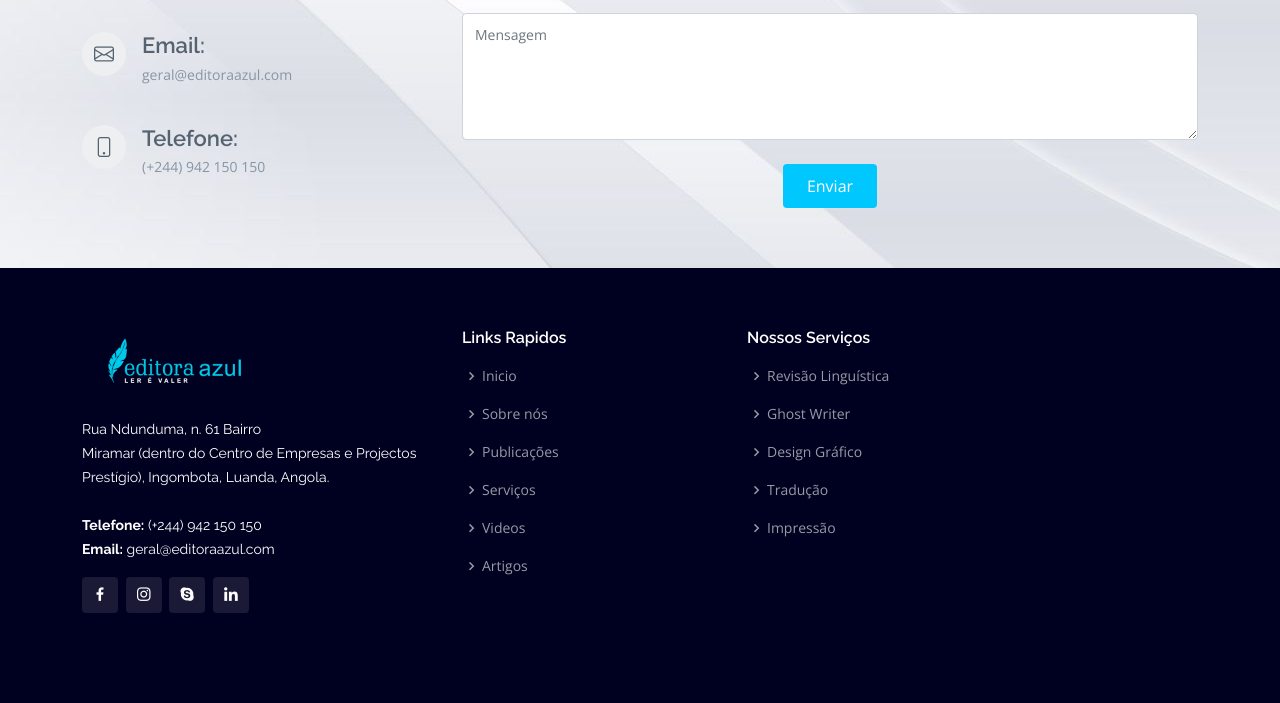
Repository: caioteca/editoraazul
Page: fale-conosco.html
The author's editor kept a copy of each file at every save. The page is drawn from the files as they stood at one save, then again after the next save.
The browser window is 1280 px wide. The pictures show the part of the page from y = 597 to 1549 px (the page is 1300 px tall before and 1549 px after).

Above is the page before, as saved 2022-11-25 11:40:39.

After the next save:
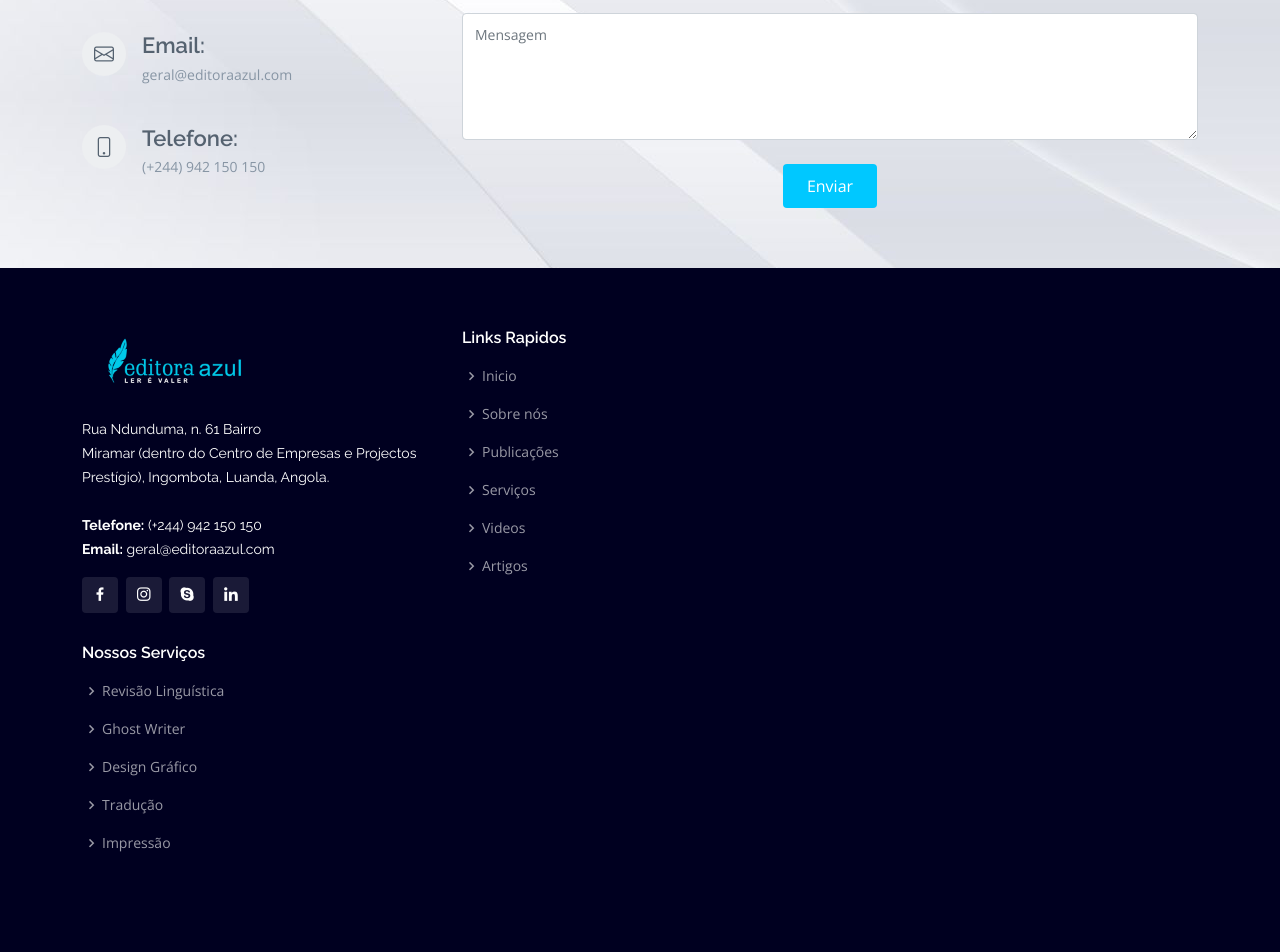
Saved 6 s later.
--- a/fale-conosco.html
+++ b/fale-conosco.html
@@ -224,7 +224,7 @@
               </ul>
             </div>
 
-            <div class="col-lg-4 col-md-6 footer-links">
+            <div class="col-lg-6 col-md-6 footer-links">
               <h4>Nossos Serviços</h4>
               <ul>
                 <li>

After the save that followed:
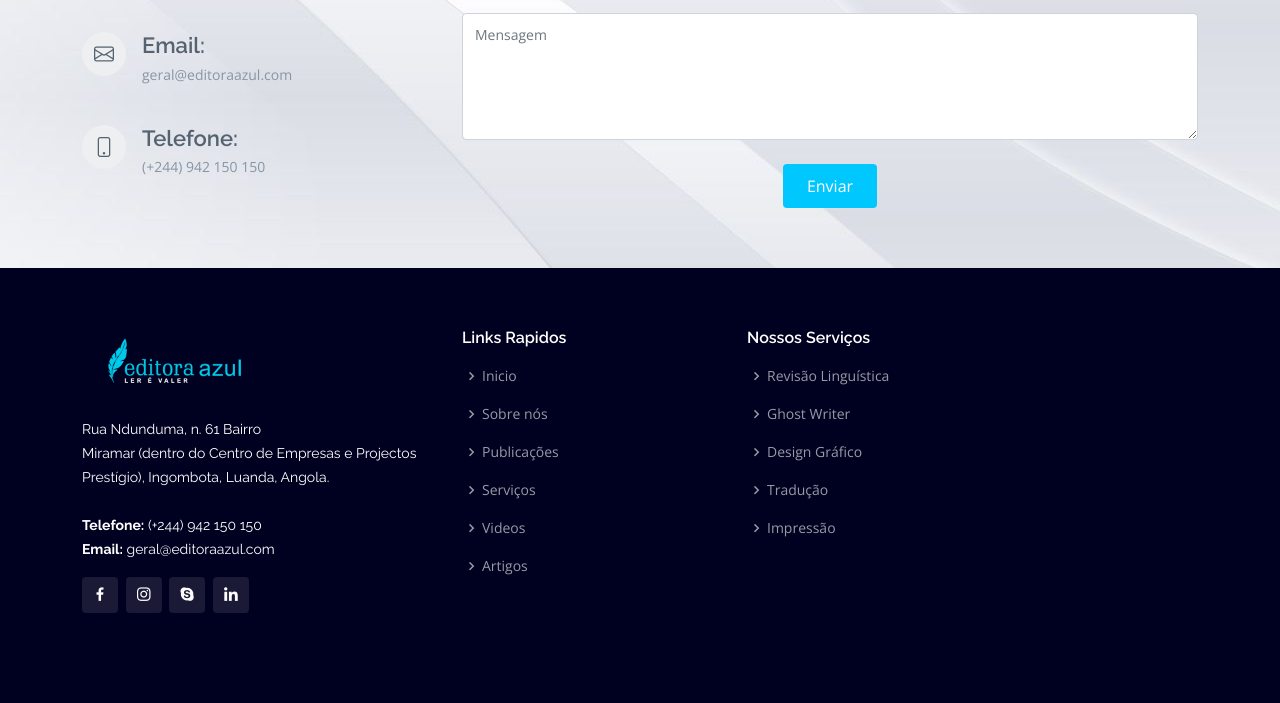
Saved 5 s later.
--- a/fale-conosco.html
+++ b/fale-conosco.html
@@ -224,7 +224,7 @@
               </ul>
             </div>
 
-            <div class="col-lg-6 col-md-6 footer-links">
+            <div class="col-lg-5 col-md-6 footer-links">
               <h4>Nossos Serviços</h4>
               <ul>
                 <li>
